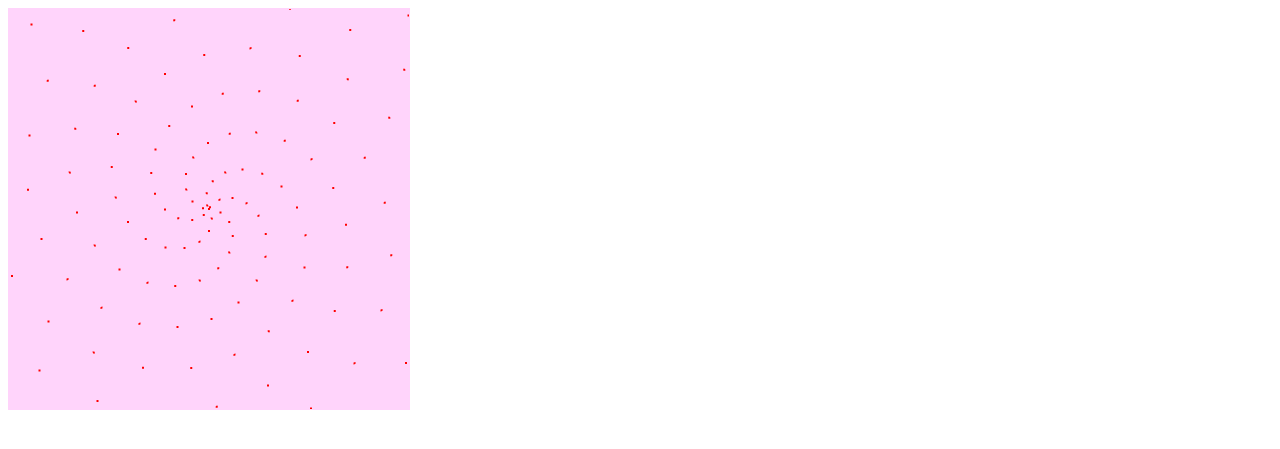
Repository: HyunraDate/ZhongpingShen
Page: Chocolate.html
The author's editor kept a copy of each file at every save. The page is drawn from the files as they stood at one save, then again after the next save.
The browser window is 1280 px wide. The pictures show the whole page.

Above is the page before, as saved 2024-02-16 14:47:00.

### Chocolate.html
 <!DOCTYPE html>
 <html lang="en">
 <head>
    <meta charset="UTF-8">
    <meta name="viewport" content="width=device-width, initial-scale=1.0">
    <title>Valentines Day</title>
    <style>
      #webgl {
         border: 1px solid #ffd4fb;
      }
    </style>
 </head>

 <body>
    <canvas id="webgl" width="400" height="400">
      情人节快乐！
    </canvas>
    <script type="module" src="app2.js"></script>
 </body>
 </html>

### app2.js
//js往shader里传数据
import initShaders from './initShaders.js'

let canvas = document.getElementById('webgl')
let gl = canvas.getContext('webgl') //webgl 是3d，2d直接写2d


//vertexShader, fragmentShader 组成program


//后面要独立出来 因为these are all 字符串
//if you wanna use JS get data, like point

let vertexShader = `
attribute vec2 a_position;
void main() {
    gl_Position = vec4(a_position, 0.0, 1.0);
    gl_PointSize = 2.0;
}
`
//glsl

//this is 像素点的颜色的信息
let fragmentShader = `
void main() {
    gl_FragColor = vec4(1.0, 0.0, 0.0, 1.0);
}
`
//vec4是四维的向量
//对于三维空间的变换举证，必须要四维works, depends on 线性代数。一般为了简化运算是1.0 bzw.vec4(1.0, 0.0, 0.0, 1.0);
//usually float like:float size = 20.0; gl_PointSize = size;



initShaders(gl, vertexShader, fragmentShader) //执行函数
//==================in initShaders.js=========================================
// //Step3 封装成初始化的Shader 后面可以一直用
// function initShaders(gl, vertexSource, fragmentSource) {
//     let vertexShader = createShader(gl, gl.VERTEX_SHADER, vertexSource)
//     let fragmentShader= createShader(gl, gl.FRAGMENT_SHADER, fragmentSource)

//     let program = createProgram(gl, vertexShader, fragmentShader)

//     if (program){
//         gl.useProgram(program)
//         //为了获得program的作用域，所有把他挂在gl对象上，as a 属性
//         gl.program = program
//         return true
//     }
//     else{
//         console.log('failed to create program')
//         return false
//     }
// }

// console.log(gl.program)

// //this is 容器
// //let`s 封装
// /**
//  * create Shades Step1
//  */
// function createShader(gl, type, source){
//     let shader = gl.createShader(type)
//     gl.shaderSource(shader, source)

//     gl.compileShader(shader)

//     //complie shader result 有可能失败//对于错误的处理
//     let compiLe = gl.getShaderParameter(shader, gl.COMPILE_STATUS)
//     if (compiLe) {
//         return shader
//     }
//     else {
//         console.log('compile shader error' + error)
//         gl.deleteShader(shader)
//         return null
//     }
// }

// //咁你就可以直接调用函数啦 //封装去function initShaders里面啦
// // let vertexShader = createShader(gl, gl.VERTEX_SHADER, vertexSource)
// // let fragmentShader= createShader(gl, gl.FRAGMENT_SHADER, fragmentSource)

// //U dont need these anymore, they are in function now
// // let vertexShader = gl.createShader(gl.VERTEX_SHADER)
// // let fragmentShader = gl.createShader(gl.FRAGMENT_SHADER)

// // gl.shaderSource(vertexShader, vertexSource) //this is 源代码
// // gl.shaderSource(fragmentShader, fragmentSource)

// // gl.compileShader(vertexShader)
// // gl.compileShader(fragmentShader)

// //program
// /**
//  * create Program Step2
//  */
// function createProgram(gl, vertexShader, fragmentShader){ //()内传入参数
//     let program = gl.createProgram()
//     if(!program) return null //d.h 创建的时候如果有问题会变成null

//     gl.attachShader(program, vertexShader)
//     gl.attachShader(program, fragmentShader)

//     gl.linkProgram(program)
//     //link program result
//     let linked = gl.getProgramParameter(program, gl.LINK_STATUS)
//     if (linked) {
//         // gl.useProgram(program) 封装去function initShaders里面啦
//         return program
//     }
//     else{
//         let error = gl.getPrpgramInfoLog(program)
//         console.log('link program error' + error)
//         gl.deleteProgram(program)
//         gl.deleteShader(vertexShader)
//         gl.deleteShader(fragmentShader)
//         return null
//     }

// }

// 你也要封装去function initShaders里面啦
// createProgram(gl, vertexShader, fragmentShader)

//==================in initShaders.js=========================================

//webgl (3d) //清空canvas画布
//gl.clearColor(0.5, 0.5, 0.5, 1.0)  //(0.0, 0.0, 0.0, 1.0)Black //RGB + Ahpha透明通道，0.0完全透明
//gl.clear(gl.COLOR_BUFFER_BIT) //大写：常量 like Math.PI //this is 清空颜色*(整个画布)

//ps if you wanna #ffd4fb，你可以将其转换为RGB值，然后将每个分量除以255.0来得到相应的浮点数。
// 将颜色#ffd4fb转换为浮点数
let r = 255 / 255.0;
let g = 212 / 255.0;
let b = 251 / 255.0;

// 设置清除颜色
gl.clearColor(r, g, b, 1.0);
gl.clear(gl.COLOR_BUFFER_BIT)

//let position = [0.6, 0.0] //in this way 我们改东西只需要在js中改

let x = 0
let y = 0
let n = 1000
for(let i = 0; i < n; i++){
    //一个圆
    // let r = 0.5
    // x += Math.sin(i) * r
    // y += Math.cos(i) * r

    //放射流星尾巴
    let r = i / 100
    x = r * Math.cos(i)
    y = r * Math.sin(i)


    let location = gl.getAttribLocation(gl.program, 'a_position') //传参：我们WebGL的名称：program
    console.log(location) //获取成功是0，失败是-1

    //写法2
    gl.vertexAttrib2f(location, x, y) //ES6写法
    //gl.vertexAttrib2fv(location, new Float32Array(position)) //both ok *这里2fv 有v
    //画一个点
    gl.drawArrays(gl.POINTS, 0, 1)
}


//写法1
//gl.vertexAttrib1f(location, 0.6, 0.0)
//1f float, 2f 2D, 3f 3D, 这段代码传到上面的 let vertexShader中。



//webgl (2d)
//ctx.fillRect(0, 0, 400, 400)
// gl.fillStyle = 'fuchsia'
// gl.fillRect(0, 0, 400, 400)

console.log(gl.program)
//因为后面画东西的时候会用到gl.program

### initShaders.js
//Step3 封装成初始化的Shader 后面可以一直用
export default function initShaders(gl, vertexSource, fragmentSource) {
    let vertexShader = createShader(gl, gl.VERTEX_SHADER, vertexSource)
    let fragmentShader= createShader(gl, gl.FRAGMENT_SHADER, fragmentSource)

    let program = createProgram(gl, vertexShader, fragmentShader)

    if (program){
        gl.useProgram(program)
        //为了获得program的作用域，所有把他挂在gl对象上，as a 属性
        gl.program = program
        return true
    }
    else{
        console.log('failed to create program')
        return false
    }
}

//console.log(gl.program)

//this is 容器
//let`s 封装
/**
 * create Shades Step1
 */
function createShader(gl, type, source){
    let shader = gl.createShader(type)
    gl.shaderSource(shader, source)

    gl.compileShader(shader)

    //complie shader result 有可能失败//对于错误的处理
    let compiLed = gl.getShaderParameter(shader, gl.COMPILE_STATUS)
    if (compiLed) {
        return shader
    }
    else {
        console.log('compile shader error' + error)
        gl.deleteShader(shader)
        return null
    }
}

//咁你就可以直接调用函数啦 //封装去function initShaders里面啦
// let vertexShader = createShader(gl, gl.VERTEX_SHADER, vertexSource)
// let fragmentShader= createShader(gl, gl.FRAGMENT_SHADER, fragmentSource)

//U dont need these anymore, they are in function now
// let vertexShader = gl.createShader(gl.VERTEX_SHADER)
// let fragmentShader = gl.createShader(gl.FRAGMENT_SHADER)

// gl.shaderSource(vertexShader, vertexSource) //this is 源代码
// gl.shaderSource(fragmentShader, fragmentSource)

// gl.compileShader(vertexShader)
// gl.compileShader(fragmentShader)

//program
/**
 * create Program Step2
 */
//把两个shader放在一起
function createProgram(gl, vertexShader, fragmentShader){ //()内传入参数
    let program = gl.createProgram()
    if(!program) return null //d.h 创建的时候如果有问题会变成null

    gl.attachShader(program, vertexShader)
    gl.attachShader(program, fragmentShader)

    gl.linkProgram(program)
    //link program result
    let linked = gl.getProgramParameter(program, gl.LINK_STATUS)
    if (linked) {
        // gl.useProgram(program) 封装去function initShaders里面啦
        return program
    }
    else{
        let error = gl.getPrpgramInfoLog(program)
        console.log('link program error' + error)
        gl.deleteProgram(program)
        gl.deleteShader(vertexShader)
        gl.deleteShader(fragmentShader)
        return null
    }

}

After the next save:
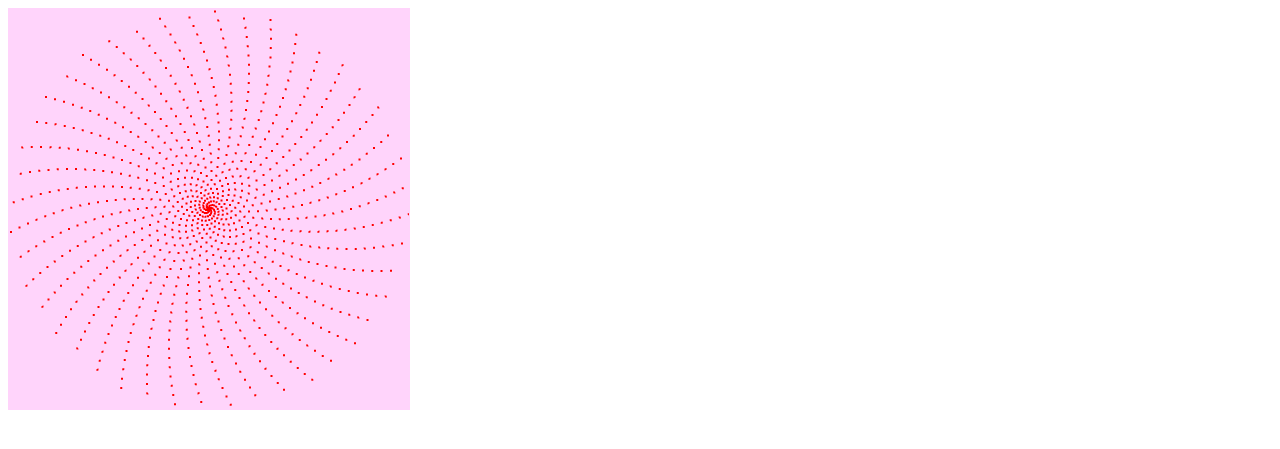
Saved 19 s later.
--- a/app2.js
+++ b/app2.js
@@ -151,8 +151,8 @@ for(let i = 0; i < n; i++){
     // x += Math.sin(i) * r
     // y += Math.cos(i) * r
 
-    //放射流星尾巴
-    let r = i / 100
+    //放射螺旋流星尾巴
+    let r = i / 1000
     x = r * Math.cos(i)
     y = r * Math.sin(i)
 
